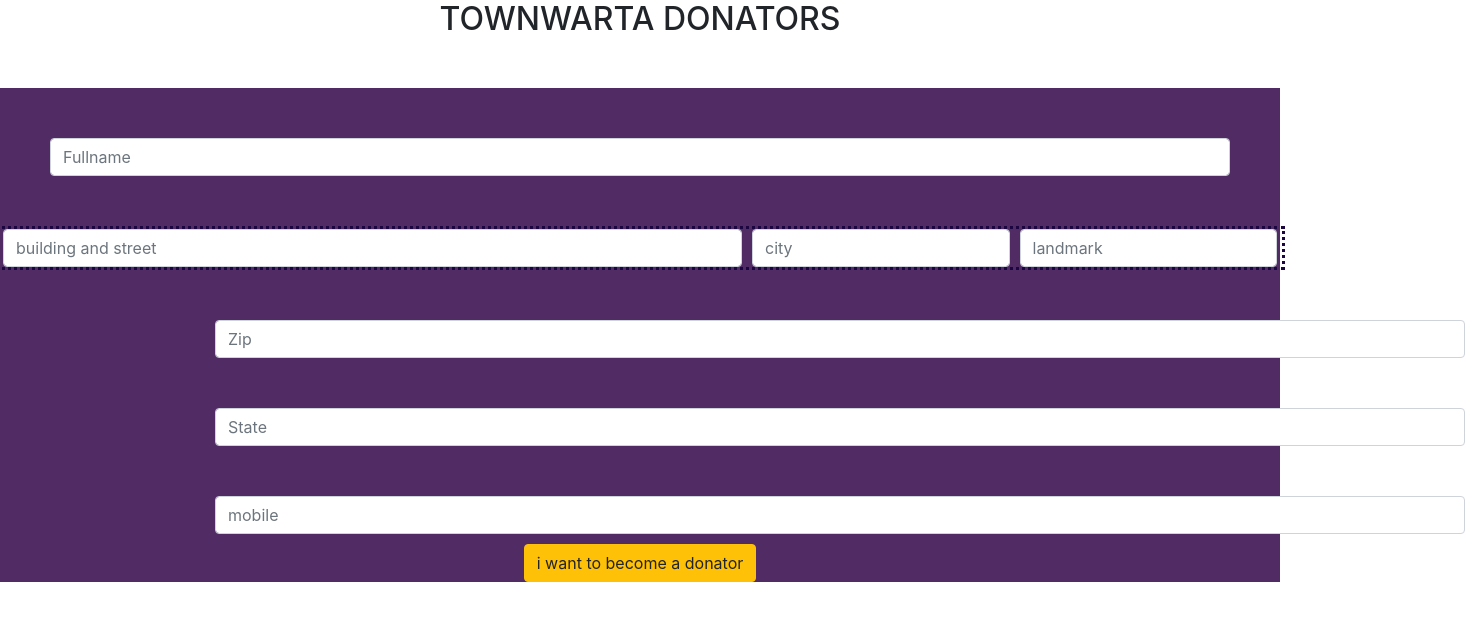
Repository: shivanand1988-28-06/townwarta
Page: http://localhost/donator/donator
The author's editor kept a copy of each file at every save. The page is drawn from the files as they stood at one save, then again after the next save.
The browser window is 1280 px wide. The page is 1480 px wide, so the pictures cover 1480 px, including what lies to the right of the window. The pictures show the whole page.
The page is served by the project's Node server (Townwarta.js). Other server files are loaded and not shown.

Above is the page before, as saved 2022-08-30 23:13:03.

### views/articles/donator.ejs

<!DOCTYPE html>
<html lang="en">
<head>
  <meta charset="UTF-8">
  <meta name="viewport" content="width=device-width, initial-scale=1.0">
  <link rel="stylesheet" href="https://maxcdn.bootstrapcdn.com/bootstrap/4.0.0/css/bootstrap.min.css" integrity="sha384-Gn5384xqQ1aoWXA+058RXPxPg6fy4IWvTNh0E263XmFcJlSAwiGgFAW/dAiS6JXm" crossorigin="anonymous">
  <meta http-equiv="X-UA-Compatible" content="ie=edge">
  <title>TOWNWARTA</title>
</head>
<body>
    <h2 style = "text-align : center ">TOWNWARTA DONATORS</h2>
    <form style = "background-color: rgba(66, 24, 87, 0.918);" >
        <div class="col" style = "margin-top: 50px ; padding:50px ">
            <input type="text" name = "name" id = "name"class="form-control" placeholder="Fullname">
          </div>
        <div class="form-row" style = "border: 3px rgb(28, 6, 66) dotted;">

          <div class="col-7">
            <input type="text"name = "street" class="form-control" placeholder="building and street">
          </div>
          <div class="col">
            <input type="text" name = "city" class="form-control" placeholder="city">
          </div>
          <div class="col">
            <input type="text" name = "landmark"class="form-control" placeholder="landmark">
          </div>

        </div>
        <div class="col" style = "margin : 50px 200px ; ">
            <input type="number" name = "zip" class="form-control" placeholder="Zip">
          </div>

        <div class="col" style = "margin : 50px 200px">
            <input type="text" name = "state" class="form-control" placeholder="State">
          </div>
          <div class="col" style = "margin : 10px 200px ">
            <input type="number" name = "mobile" class="form-control" placeholder="mobile">
          </div>
        <div style = "text-align: center; margin:10px 200px;">
            <button type="submit" class="btn btn-warning">i want to become a donator</button>
        </div>
      </form>
</body>

### Townwarta.js

require("dotenv").config();
const express = require("express");
const mongoose = require("mongoose");
const articleRouter = require("./routes/articles");
const userRouter = require("./routes/user");
const connectDB = require("./db/connect");
const app = express();
const Article= require("./models/article");
const methodOverride = require("method-override")
const port = process.env.PORT || 3000
const path = require("path");
const donatorRouter = require("./routes/donator")

app.set("views" , path.join(__dirname , "views"))
app.set("view engine", "ejs");
// app.use(express.json());
 app.use(express.urlencoded({extended:false}));
app.use(express.static(path.join(__dirname, "public")));
app.use(methodOverride("_method"));

  app.get("/", async (req,res)=>{
    const articles = await Article.find();
    res.render("articles/index" , {articles:articles});
  });

  app.use("/" , userRouter);

app.use("/articles" , articleRouter );

app.use("/donator" , donatorRouter)
console.log(Article)


const start = async () =>{

try{

    await connectDB( process.env.MONGO_URI );
    app.listen(port,()=>{ console.log(`app is running over port ${port}`)});

}catch(error) {

    console.log(error);

}

}

start();

### routes/donator.js
const express = require("express");
const donatorRouter = express.Router();
const Donator = require("../models/donator");



donatorRouter.post("/donator", async(req,res) => {
    let {name , createdAt , address} = req.body ;
    let donator = await Donator.create({name : name , createdAt : createdAt , address : address});

} );

donatorRouter.get("/donator" , (req,res)=>{
    res.render("articles/donator");
})

module.exports = donatorRouter

After the next save:
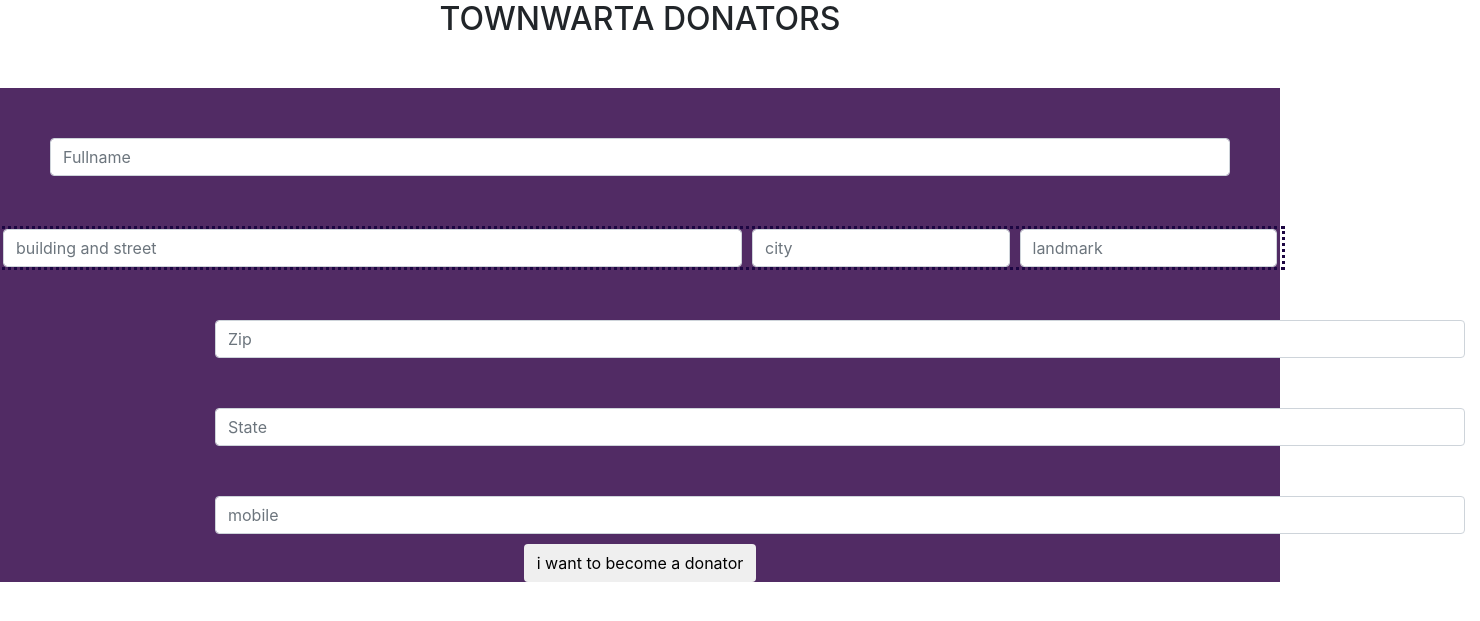
Saved 106 s later.
--- a/views/articles/donator.ejs
+++ b/views/articles/donator.ejs
@@ -38,7 +38,7 @@
             <input type="number" name = "mobile" class="form-control" placeholder="mobile">
           </div>
         <div style = "text-align: center; margin:10px 200px;">
-            <button type="submit" class="btn btn-warning">i want to become a donator</button>
+            <button type="submit" class="btn btn-btn-outline-warning">i want to become a donator</button>
         </div>
       </form>
 </body>
